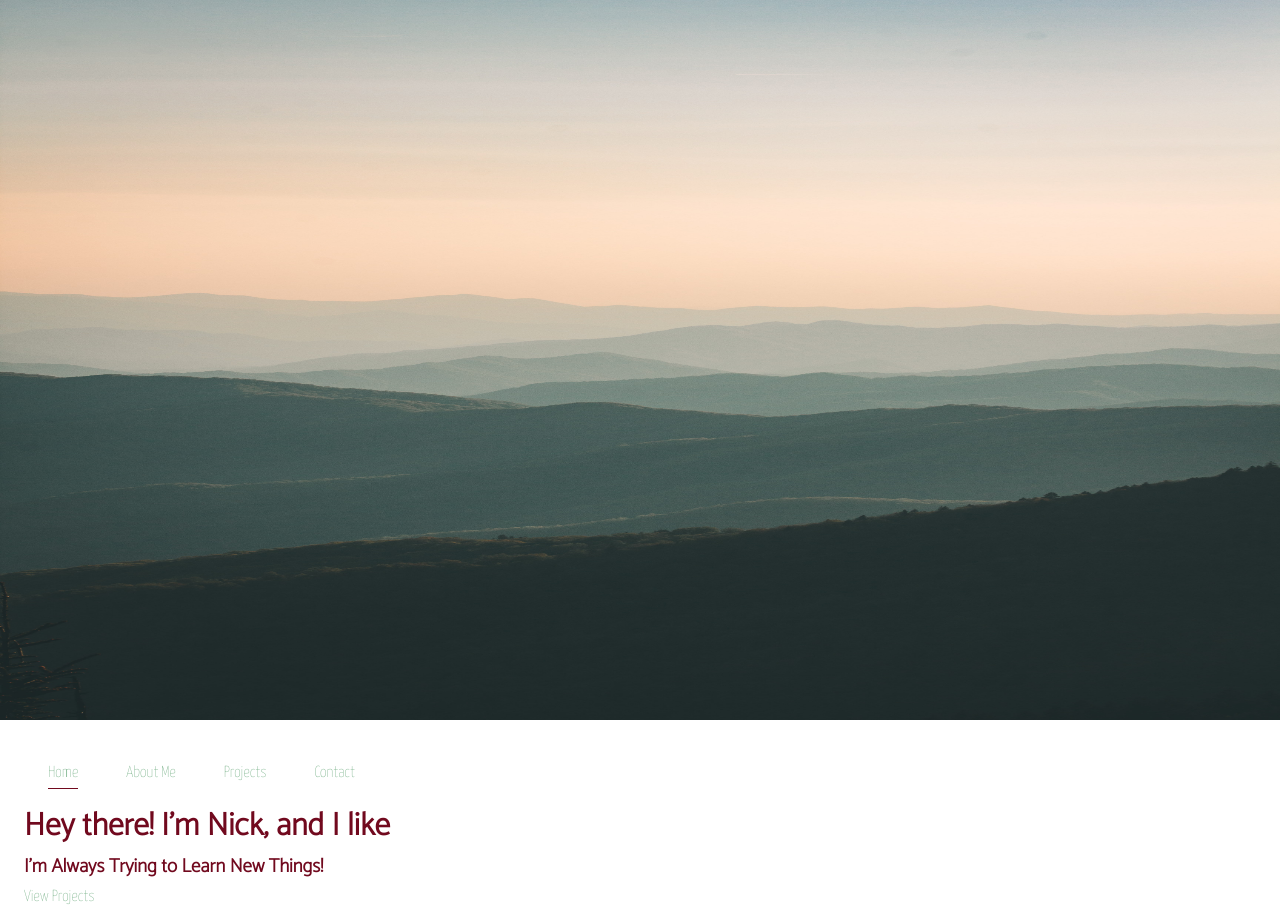
Repository: TrellixVulnTeam/pre-work_928R
Page: deploy/index.html
An editor plug-in stored every save of this project. The page is shown before and after the next save, followed by the edit.
The browser window is 1280 px wide. The pictures show the whole page.
Some web libraries are served in a nearby version. The style sheet was rebuilt from its Sass, Less or Tailwind sources for each picture, by a compiler version that may differ from the author's.

Above is the page before, as saved 2022-04-19 10:29:14.

After the next save:
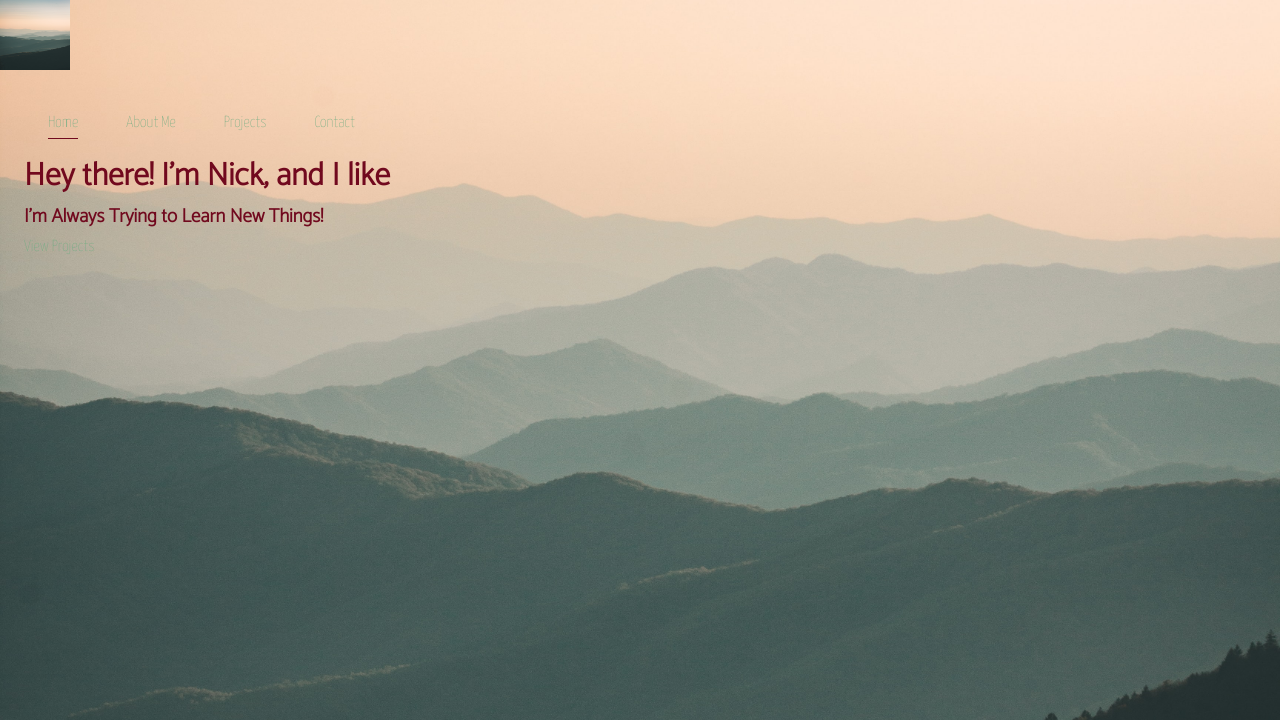
Saved 3 min 51 s later.
--- a/deploy/index.html
+++ b/deploy/index.html
@@ -18,7 +18,7 @@
   <body>
     <!-- Header Section-->
     <header id="header-home">
-      <img src="deploy/img/hero_image.jpg" alt="Logo image" id="header-home" />
+      <img src="img/hero_image.jpg" alt="Logo image" id="logo" />
       <div class="container">
         <nav id="main-nav">
           <ul>
--- a/scss/main.scss
+++ b/scss/main.scss
@@ -6,7 +6,7 @@ $mainText: #227396;
 $secondaryText: #71091e;
 $tertiaryText: #605f5e;
 $linkText: #71ad82;
-$heroImage: url("deploy/img/hero_image.jpg");
+$heroImage: url("img/hero_image.jpg");
 
 
 // General Stylings

After the save that followed:
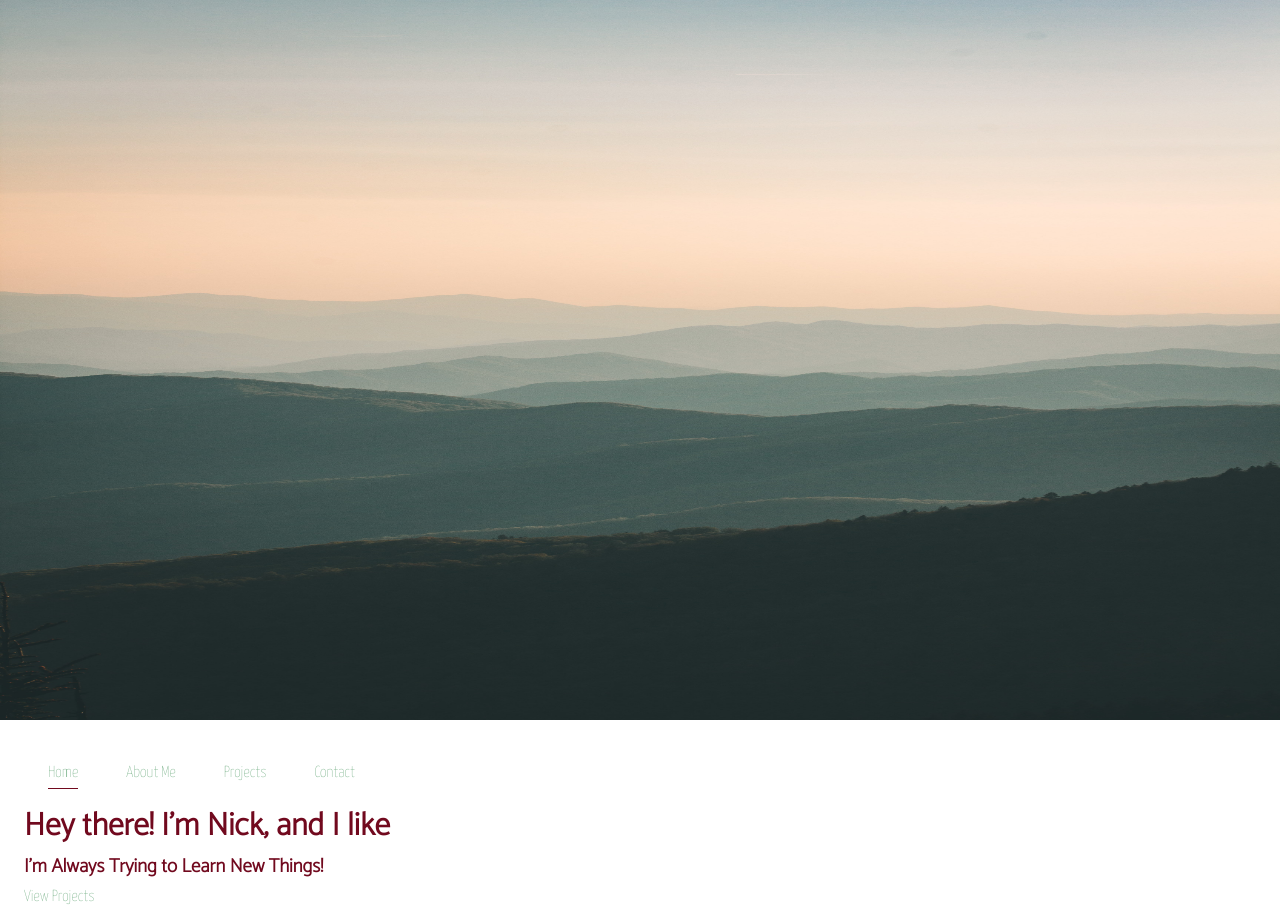
Saved 2 min 14 s later.
--- a/deploy/index.html
+++ b/deploy/index.html
@@ -18,7 +18,7 @@
   <body>
     <!-- Header Section-->
     <header id="header-home">
-      <img src="img/hero_image.jpg" alt="Logo image" id="logo" />
+      <img src="img/hero_image.jpg" alt="Logo image" id="header-home" />
       <div class="container">
         <nav id="main-nav">
           <ul>
